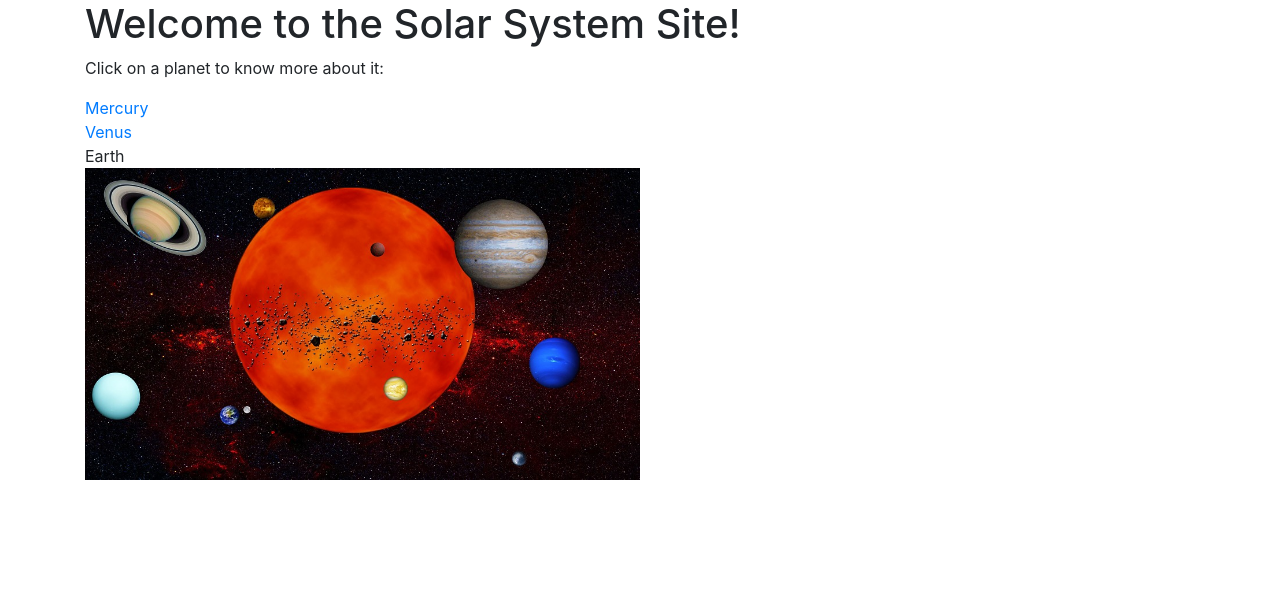
Repository: Voraphi/cst336-solar-systems
Page: http://localhost/
The author's editor kept a record of every edit. The page is drawn from the files as they stood at one moment, then again after the next edit.
The browser window is 1280 px wide. The pictures show the whole page.
The page is served by the project's Node server (solar-systems/app.js).

Above is the page before.

### solar-systems/views/index.html
<%- include('partials/header.ejs') %>

        <h1> Welcome to the Solar System Site! </h1>
        <p>Click on a planet to know more about it:</p>

            <a href="/mercury"> Mercury </a> <br/>
            <a href="/venus"> Venus </a> <br/>
            Earth <br/>

        <img width="50%" src="/img/solar-system.jpg" alt="The Solar System" />
    </body>
</html>

### solar-systems/views/partials/header.ejs
<!DOCTYPE html>
<html>
    <head>
        <title> The Solar System </title>
        <link rel="stylesheet" href="/css/styles.css" type="text/css" />
        <link href="https://stackpath.bootstrapcdn.com/bootstrap/4.4.0/css/bootstrap.min.css" rel="stylesheet" integrity="sha384-SI27wrMjH3ZZ89r4o+fGIJtnzkAnFs3E4qz9DIYioCQ5l9Rd/7UAa8DHcaL8jkWt" crossorigin="anonymous">
    </head>
    <body class="container">

### solar-systems/app.js
const express = require("express");
const app = express();

app.engine('html', require("ejs").renderFile);
app.use(express.static("public"));
// app.set("view engine", "html");

//routes
app.get("/", function (request, response) {
    response.render("index.html");
});

app.get("/mercury", function(request, response) {
   response.render("mercury.html");
});

app.get("/venus", function(request, response) {
   response.render("venus.html");
});

app.get("/earth", function(request, response) {
   response.render("earth.html");
});

app.get("*", function(request, response) {
   response.render("error.html");
});



app.listen(process.env.PORT, process.env.IP, function() {
    console.log("Express Server is Running...");
});

### solar-systems/public/css/styles.css
body {
    background-color: #CBE2F6;
    text-align: center;
}

.error {
    color: red;
}

### solar-systems/views/partials/footer.ejs
    <hr>
    &copy; 2019 <br/>
    Disclaimer: The information in this page might be innacurate.
    </body>
</html>

After the next edit:
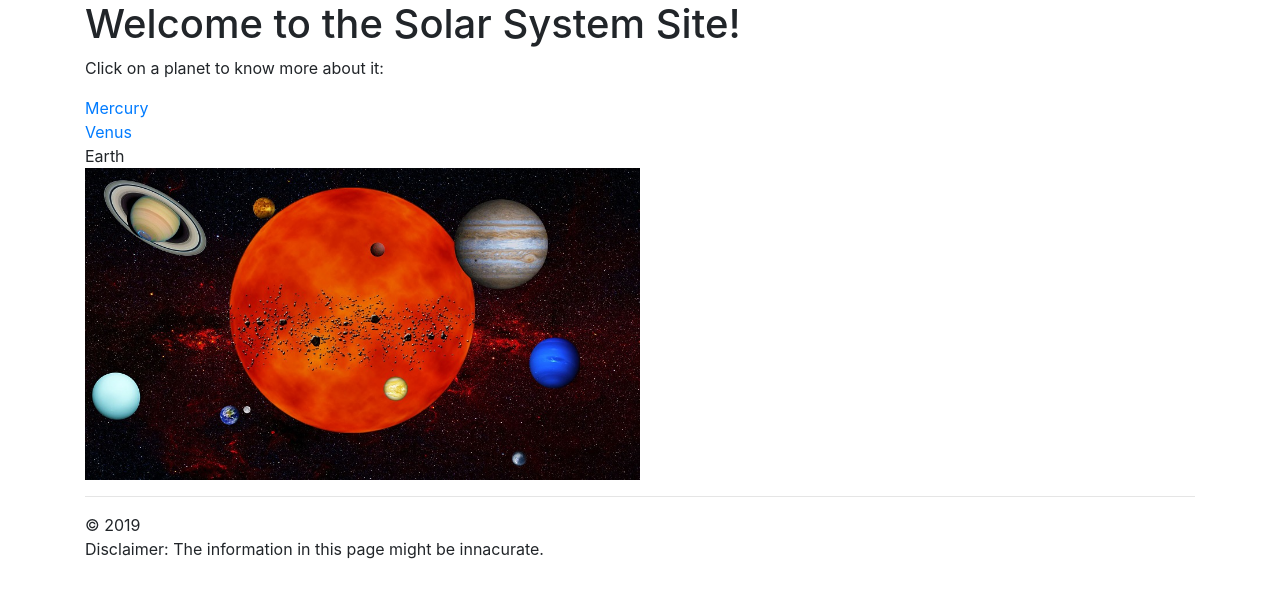
The edit:
--- a/solar-systems/views/index.html
+++ b/solar-systems/views/index.html
@@ -8,5 +8,5 @@
             Earth <br/>
 
         <img width="50%" src="/img/solar-system.jpg" alt="The Solar System" />
-    </body>
-</html>
+
+<%- include('partials/footer.ejs') %>
